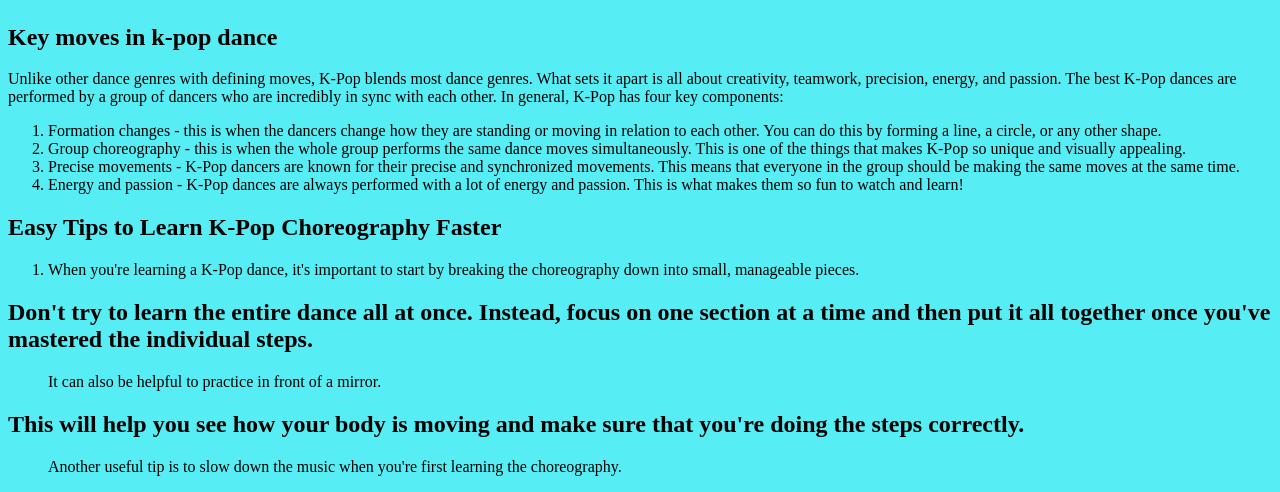
Repository: ivyexo/homework1
Page: index.html
These files come from the project's save history. The page is drawn as it stood at one moment and after the next save; the edit follows.
The browser window is 1280 px wide. The pictures show the part of the page from y = 1365 to 1857 px (the page is 1857 px tall before and 1796 px after).

Above is the page before, as saved 2023-02-04 19:02:25.

### index.html
<!DOCTYPE html>
<html lang="en">
  <head>
    <meta charset="UTF-8" />
    <meta http-equiv="X-UA-Compatible" content="IE=edge" />
    <meta name="viewport" content="width=device-width, initial-scale=1.0" />
    <title>Homework 1</title>
    <link rel="stylesheet" href="./index.css">
  </head>
  <div class="backgroundimage1">
  <h1 class="title">K-pop dancing</h1>
  <h2>Ivy wang</h2>
    <h3>feb.2023</h3>
  </div>
  <p>Sign in for more information!</p>
<form>
      <input type="text" placeholder="enter your name" />
      <input type="email" placeholder="enter your email" />
      <input type="password" placeholder="enter your password" />
      <button type="submit">Submit</button>
  <div>

  </div>

  <body>
    <h2>History of k-pop</h2>

    <p class="p1">
      K-Pop (aka Korean Pop) is a genre of music that has taken the world by
      storm in recent years. Though it originated in South Korea, K-Pop has
      gained a global following, with millions of fans around the world. Let's
      explore the history, get familiar with the key moves of K-Pop dance, and
      learn some easy tips to help you learn the choreography faster. We'll also
      look at some of the most popular K-Pop videos to date and examine one of
      the most popular K-Pop groups today. K-Pop has its origins in the Korean
      music scene of the early 1990s. At that time, various musical genres were
      popular in Korea, including Folk, Rock, Jazz, and Hip Hop. In 1992, Seo
      Taiji and Boys became the first Korean group to achieve success outside of
      Korea with their song "Nan Arayo" ("I Know"). This song is credited with
      starting the Hallyu Wave, which refers to the global popularity of Korean
      pop culture. In the late 1990s and early 2000s, K-Pop grew in popularity,
      with groups like g.o.d., S.E.S., and H.O.T. becoming household names in
      Korea. Around this time, the "idol" group format began to take off, with
      groups like DBSK, Super Junior, and Girls' Generation becoming some of the
      biggest names in K-Pop. Today, K-Pop is more popular than ever, with
      groups like BTS, Blackpink, EXO, and Red Velvet achieving massive global
      success.
    </p>
    <iframe width="560" height="315" src="https://www.youtube.com/embed/GMsc7wGghy8" title="YouTube video player" frameborder="0" allow="accelerometer; autoplay; clipboard-write; encrypted-media; gyroscope; picture-in-picture; web-share" allowfullscreen></iframe>
    <h2>What is k-pop?</h2>
    <p>
      K-Pop, or Korean Pop, is a Korean music genre that draws on a wide range
      of popular music styles. Some of these styles include Hip Hop, Pop, R&B,
      Electronic Dance Music (EDM), etc. However, one of the key things that
      sets K-Pop apart from other music styles is the focus on choreography. In
      most K-Pop videos, you'll see the artists dancing in sync — often doing
      very complicated and precise moves.


      K-Pop artists are now touring
      worldwide, and their music is streamed by millions of people every day.</p>
    </p>
    <iframe width="560" height="315" src="https://www.youtube.com/embed/b6ycw7p9-bE" title="YouTube video player" frameborder="0" allow="accelerometer; autoplay; clipboard-write; encrypted-media; gyroscope; picture-in-picture; web-share" allowfullscreen></iframe>
    <h2>Key moves in k-pop dance</h2>
    <p>
      Unlike other dance genres with defining moves, K-Pop blends most dance
      genres. What sets it apart is all about creativity, teamwork, precision,
      energy, and passion. The best K-Pop dances are performed by a group of
      dancers who are incredibly in sync with each other. In general, K-Pop has
      four key components:
    </p>
    <ol>
      <li>
        Formation changes - this is when the dancers change how they are
        standing or moving in relation to each other. You can do this by forming
        a line, a circle, or any other shape.
      </li>
      <li>
        Group choreography - this is when the whole group performs the same
        dance moves simultaneously. This is one of the things that makes K-Pop
        so unique and visually appealing.
      </li>
      <li>
        Precise movements - K-Pop dancers are known for their precise and
        synchronized movements. This means that everyone in the group should be
        making the same moves at the same time.
      </li>
      <li>
        Energy and passion - K-Pop dances are always performed with a lot of
        energy and passion. This is what makes them so fun to watch and learn!
      </li>
    </ol>

    <h2>Easy Tips to Learn K-Pop Choreography Faster</h2>
    <ol>
      <li>When you're learning a K-Pop dance, it's important to start by breaking the choreography down into small, manageable pieces.</li>
    </ol>
    <h2>Don't try to learn the entire dance all at once. Instead, focus on one section at a time and then put it all together once you've mastered the individual steps.</h2>
    <ol>It can also be helpful to practice in front of a mirror.</ol>
    <h2>This will help you see how your body is moving and make sure that you're doing the steps correctly.</h2>
    <ol>Another useful tip is to slow down the music when you're first learning the choreography.</ol>

    <!-- <div class="topnav">
  <a class="active" href="#home">Home</a>
  <a href="#news">News</a>
  <a href="#contact">Contact</a>
  <a href="#about">About</a>
</div> -->

  </body>
</html>

### index.css
p {
  color: 250, 250, 250;
}


.backgroundimage1 {
  color: #5438DC;
  background-color: aqua;
  height: 200px;
  background-image: url(https://www.allkpop.com/upload/2020/12/content/161231/1608139905-entertainment.jpg);
  background: rgba(0, 128, 0, 0.3) /* Green background with 30% opacity */
  height: 300px;
  text-align: center;
  border-style: outset;
  padding: 25px 50px 75px;
}

body {
    background-color: #56EEF4;
}

After the next save:
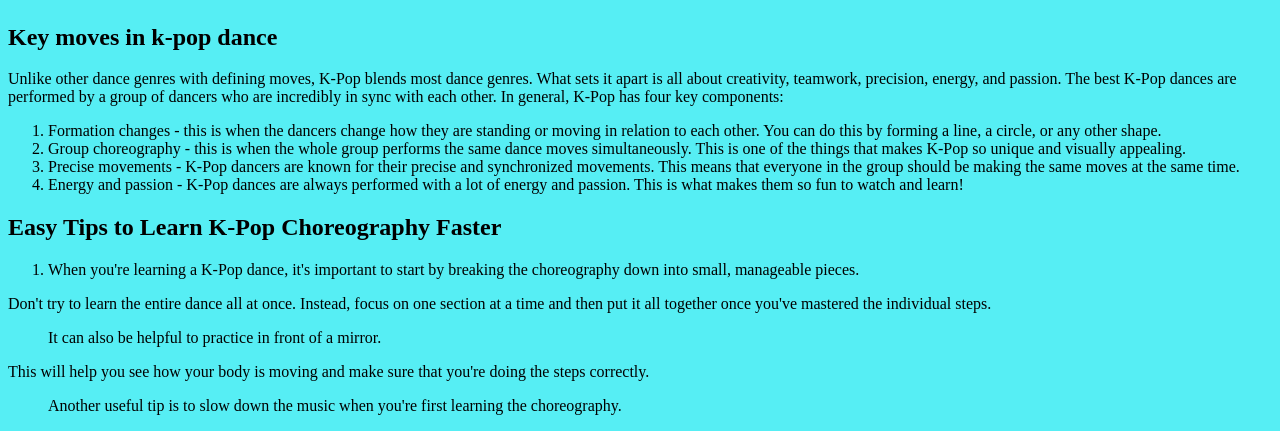
Saved 65 s later.
--- a/index.html
+++ b/index.html
@@ -95,9 +95,9 @@
     <ol>
       <li>When you're learning a K-Pop dance, it's important to start by breaking the choreography down into small, manageable pieces.</li>
     </ol>
-    <h2>Don't try to learn the entire dance all at once. Instead, focus on one section at a time and then put it all together once you've mastered the individual steps.</h2>
+    <p>Don't try to learn the entire dance all at once. Instead, focus on one section at a time and then put it all together once you've mastered the individual steps.</p>
     <ol>It can also be helpful to practice in front of a mirror.</ol>
-    <h2>This will help you see how your body is moving and make sure that you're doing the steps correctly.</h2>
+    <p>This will help you see how your body is moving and make sure that you're doing the steps correctly.</p>
     <ol>Another useful tip is to slow down the music when you're first learning the choreography.</ol>
 
     <!-- <div class="topnav">
